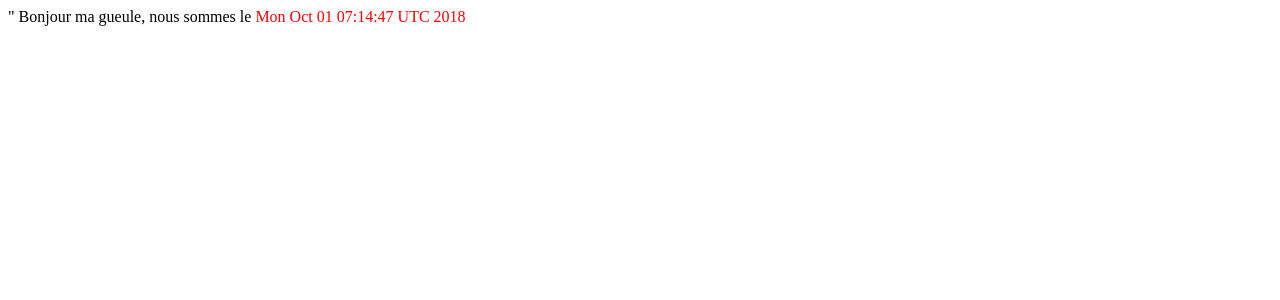
Repository: FabiendeBelleville/test
Page: http://localhost/fabienFormulaire/
These files come from the project's save history. The page is drawn as it stood at one moment and after the next save; the edit follows.
The browser window is 1280 px wide. The pictures show the whole page.
The page is served by Tomcat 9.

Above is the page before, as saved 2018-10-02 07:46:02.

After the next save:
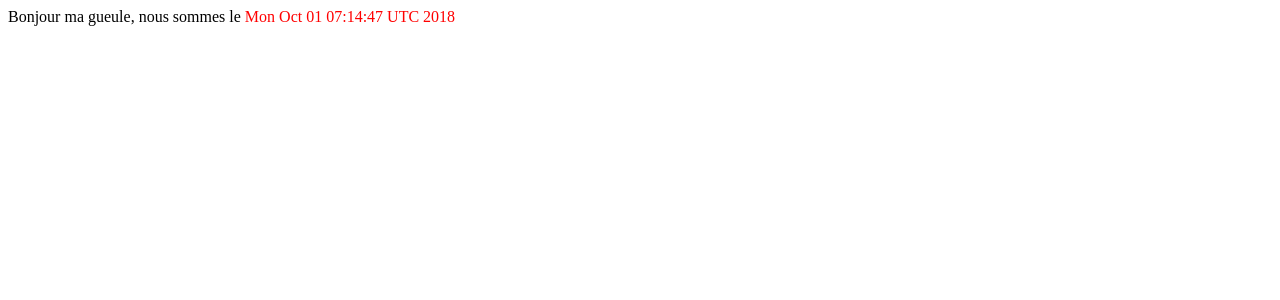
Saved 94 s later.
--- a/GTM-eclipse-workspace-Fabien_Drouin/fabienFormulaire/WebContent/index.jsp
+++ b/GTM-eclipse-workspace-Fabien_Drouin/fabienFormulaire/WebContent/index.jsp
@@ -1,6 +1,6 @@
 <%@ page language="java" contentType="text/html; charset=ISO-8859-1"
 	pageEncoding="ISO-8859-1"%>
-<%@ page import="java.util.Date"%>"
+<%@ page import="java.util.Date"%>
 
 <!DOCTYPE html>
 <html>
